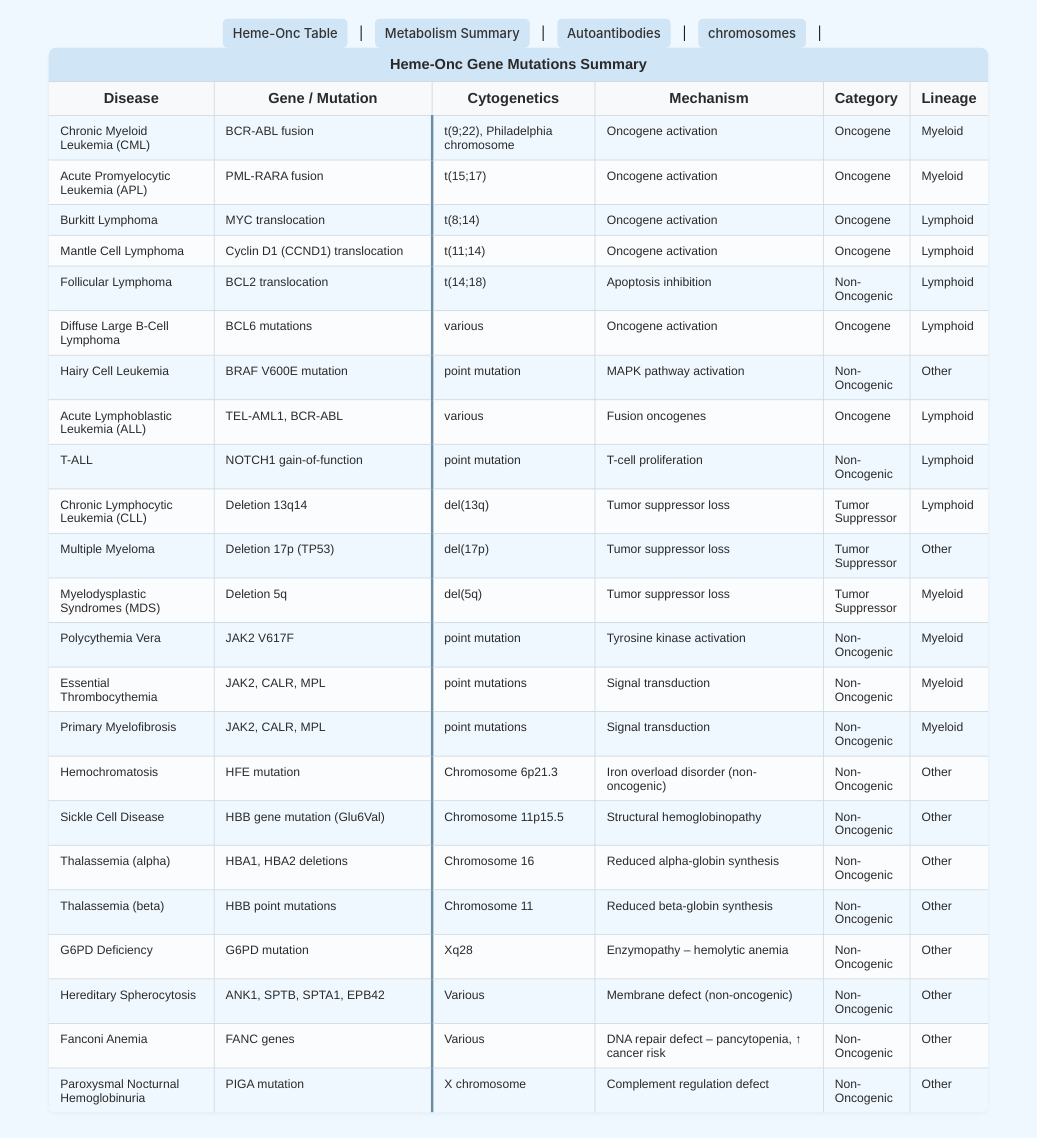
Repository: sharperdragon/STEVEL-1-Summaries
Page: subdex/hemeonc.html
An editor plug-in stored every save of this project. The page is shown before and after a run of saves, followed by the edit.
The browser window is 1280 px wide. The pictures show the whole page, at 81% of full size.

Above is the page before, as saved 2025-05-19 13:23:56.

After the next 4 saves:
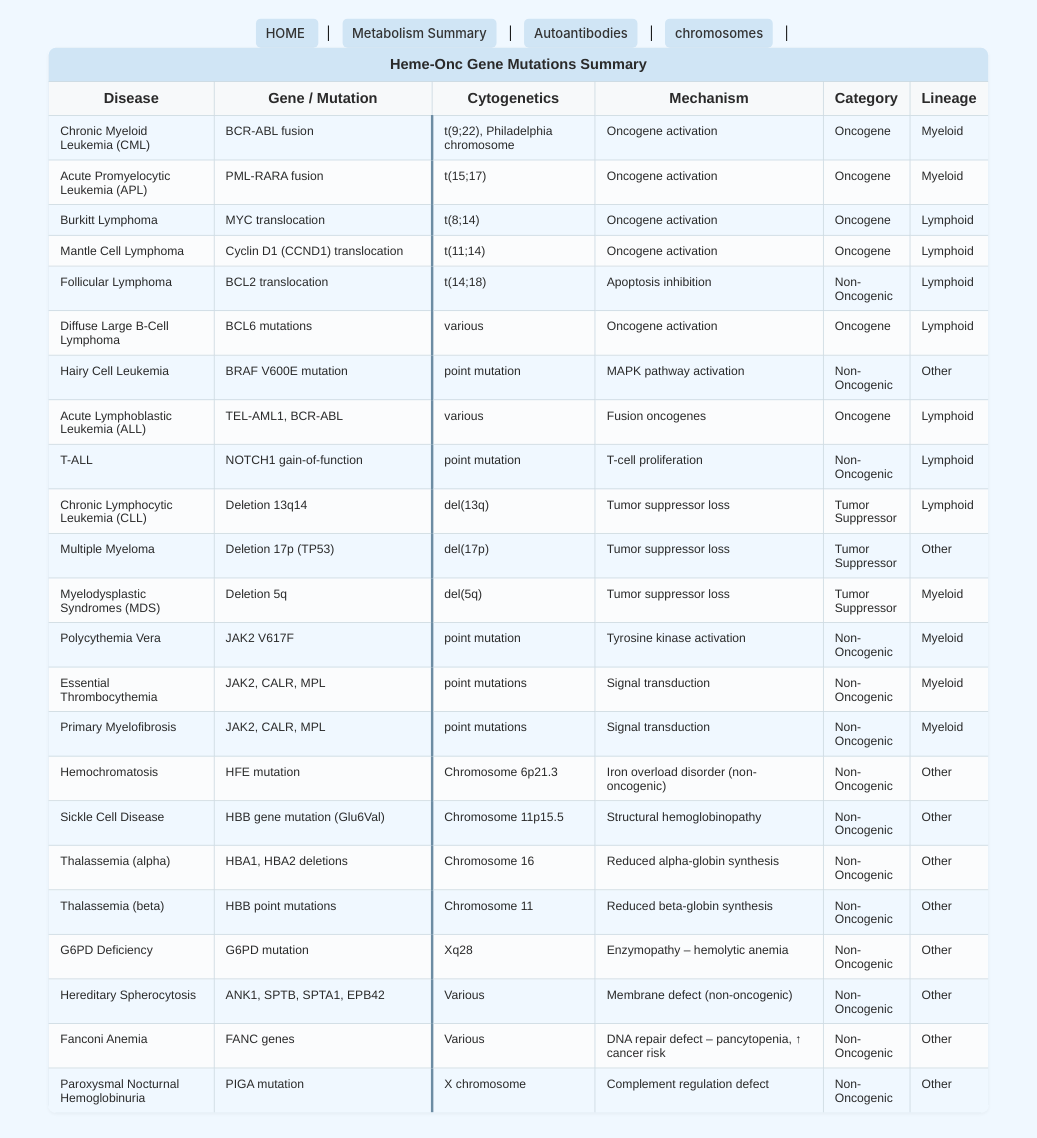
The 4 saves are shown as one change because they came seconds apart.
The last was saved 9 s later.
--- a/subdex/hemeonc.html
+++ b/subdex/hemeonc.html
@@ -10,9 +10,8 @@
 
 <body>
     <nav style="margin: 10px 0; text-align: center;">
-    <a href="index.html" class="nav-link">Heme-Onc Table</a> |
+    <a href="index.html" class="nav-link"> HOME </a> |
       <a href="subdex/metabolism.html" class="nav-link">Metabolism Summary</a> |
-
   <a href="subdex/autoantibodies.html" class="nav-link">Autoantibodies</a> |
   <a href="subdex/chromosomes.html" class="nav-link">chromosomes</a> |
 
